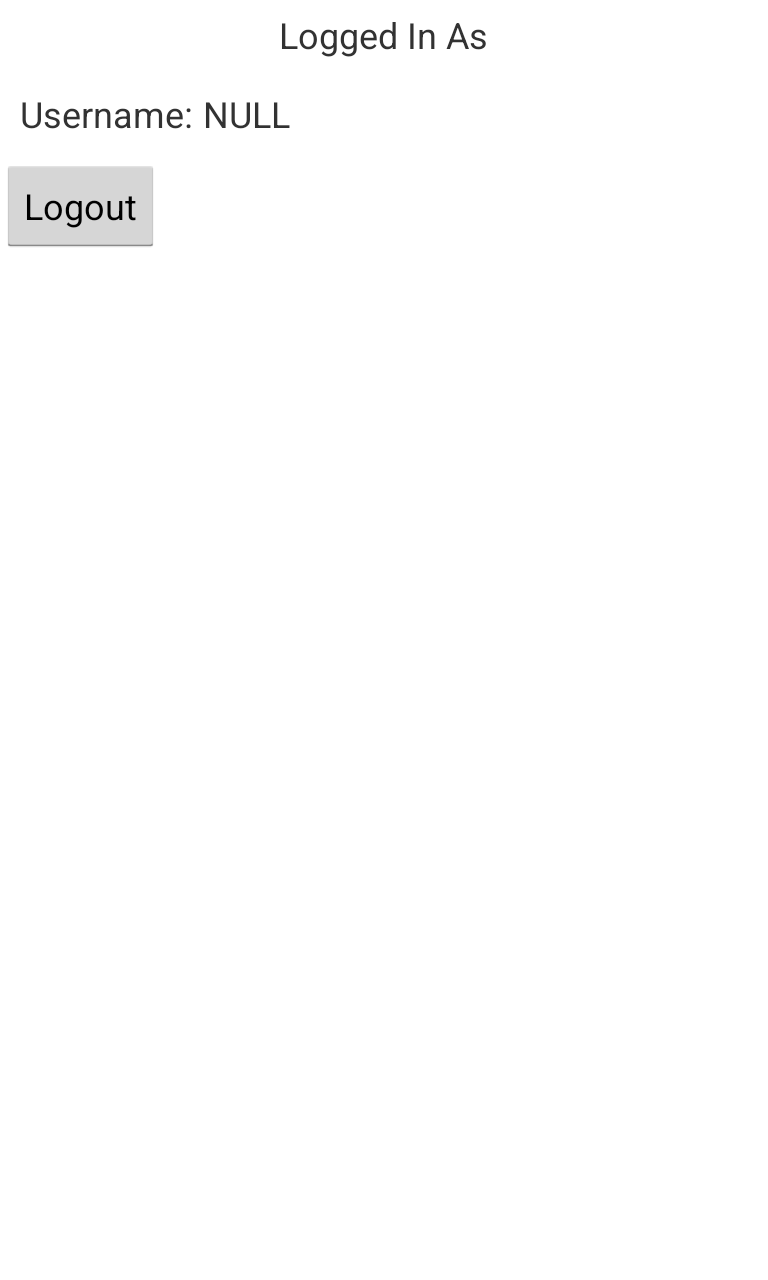
Repository: LennoxAlexion/UID
Layout: Android App/Uid-Project/res/layout/activity_sec_page.xml
The author's editor kept a copy of each file at every save. The layout is drawn from the files as they stood at one save, then again after the next save.
It is drawn on a 768 x 1280 px phone screen (xhdpi) without system bars, with theme AppTheme; the app's code is not run.

Above is the layout before, as saved 2015-03-29 06:13:53.

### Android App/Uid-Project/res/layout/activity_sec_page.xml
<?xml version="1.0" encoding="utf-8"?>
<LinearLayout xmlns:android="http://schemas.android.com/apk/res/android"
    android:layout_width="match_parent"
    android:layout_height="match_parent"
    android:orientation="vertical" >

    <TextView
        android:layout_width="wrap_content"
        android:layout_height="wrap_content"
        android:layout_gravity="center_horizontal"
        android:layout_margin="5dp"
        android:gravity="center"
        android:text="Logged In As"
        android:textSize="18dp" />

    <LinearLayout
        android:layout_width="fill_parent"
        android:layout_height="wrap_content"
        android:layout_margin="5dp"
        android:orientation="horizontal"
        android:padding="5dp" >

        <TextView
            android:layout_width="wrap_content"
            android:layout_height="wrap_content"
            android:text="Username:"
            android:textSize="18dp" />

        <TextView
            android:id="@+id/TextView_Username"
            android:layout_width="wrap_content"
            android:layout_height="wrap_content"
            android:layout_marginLeft="5dp"
            android:text="NULL"
            android:textSize="18dp" />
    </LinearLayout>

    <Button
        android:id="@+id/Button_Logout"
        android:layout_width="wrap_content"
        android:layout_height="wrap_content"
        android:text="Logout" />

</LinearLayout>

Loaded but not shown: Android App/Uid-Project/res/values/styles.xml (common file); Android App/Uid-Project/res/values-v11/styles.xml (common file); Android App/Uid-Project/res/values-v14/styles.xml (common file); Android App/Uid-Project/res/values-v21/styles.xml (common file)

After the next save:
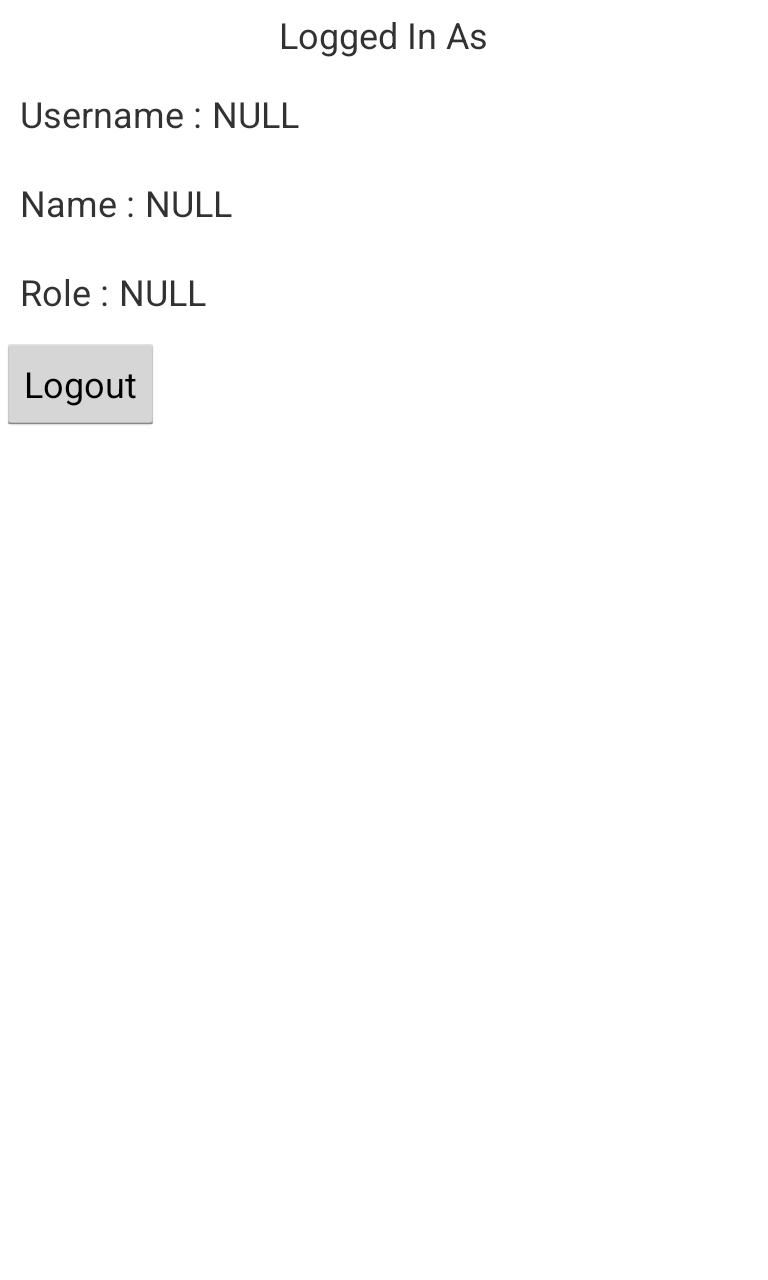
Saved 101 s later.
--- a/Android App/Uid-Project/res/layout/activity_sec_page.xml
+++ b/Android App/Uid-Project/res/layout/activity_sec_page.xml
@@ -23,11 +23,55 @@
         <TextView
             android:layout_width="wrap_content"
             android:layout_height="wrap_content"
-            android:text="Username:"
+            android:text="Username :"
             android:textSize="18dp" />
 
         <TextView
             android:id="@+id/TextView_Username"
+            android:layout_width="wrap_content"
+            android:layout_height="wrap_content"
+            android:layout_marginLeft="5dp"
+            android:text="NULL"
+            android:textSize="18dp" />
+    </LinearLayout>
+
+    <LinearLayout
+        android:layout_width="fill_parent"
+        android:layout_height="wrap_content"
+        android:layout_margin="5dp"
+        android:orientation="horizontal"
+        android:padding="5dp" >
+
+        <TextView
+            android:layout_width="wrap_content"
+            android:layout_height="wrap_content"
+            android:text="Name :"
+            android:textSize="18dp" />
+
+        <TextView
+            android:id="@+id/TextView_Name"
+            android:layout_width="wrap_content"
+            android:layout_height="wrap_content"
+            android:layout_marginLeft="5dp"
+            android:text="NULL"
+            android:textSize="18dp" />
+    </LinearLayout>
+
+    <LinearLayout
+        android:layout_width="fill_parent"
+        android:layout_height="wrap_content"
+        android:layout_margin="5dp"
+        android:orientation="horizontal"
+        android:padding="5dp" >
+
+        <TextView
+            android:layout_width="wrap_content"
+            android:layout_height="wrap_content"
+            android:text="Role :"
+            android:textSize="18dp" />
+
+        <TextView
+            android:id="@+id/TextView_Role"
             android:layout_width="wrap_content"
             android:layout_height="wrap_content"
             android:layout_marginLeft="5dp"
